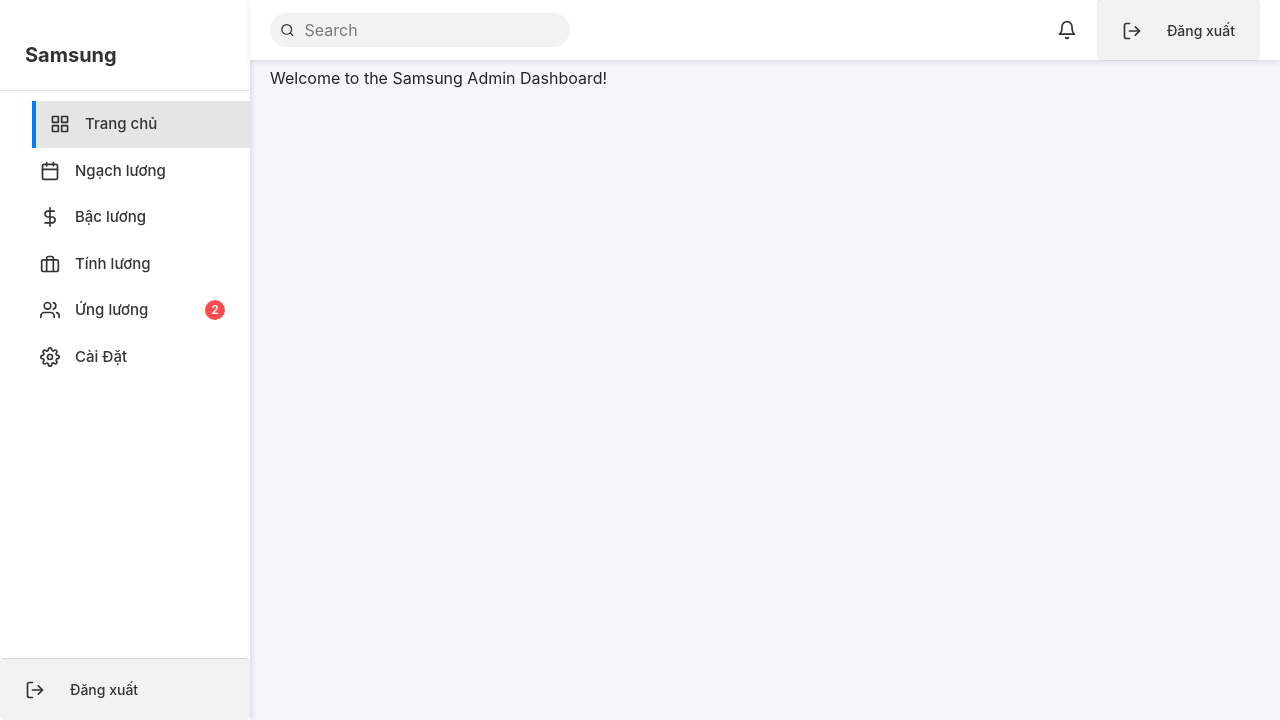
Repository: lenb2109136/HTTTQL
Page: /
The author's editor kept a copy of each file at every save. The page is drawn from the files as they stood at one save, then again after the next save.
The browser window is 1280 px wide. The pictures show the whole page.
The project was rebuilt for these pictures with package versions that can differ from the ones it lists, and the page was loaded fresh each time.

Above is the page before, as saved 2025-03-28 12:44:28.

After the next save:
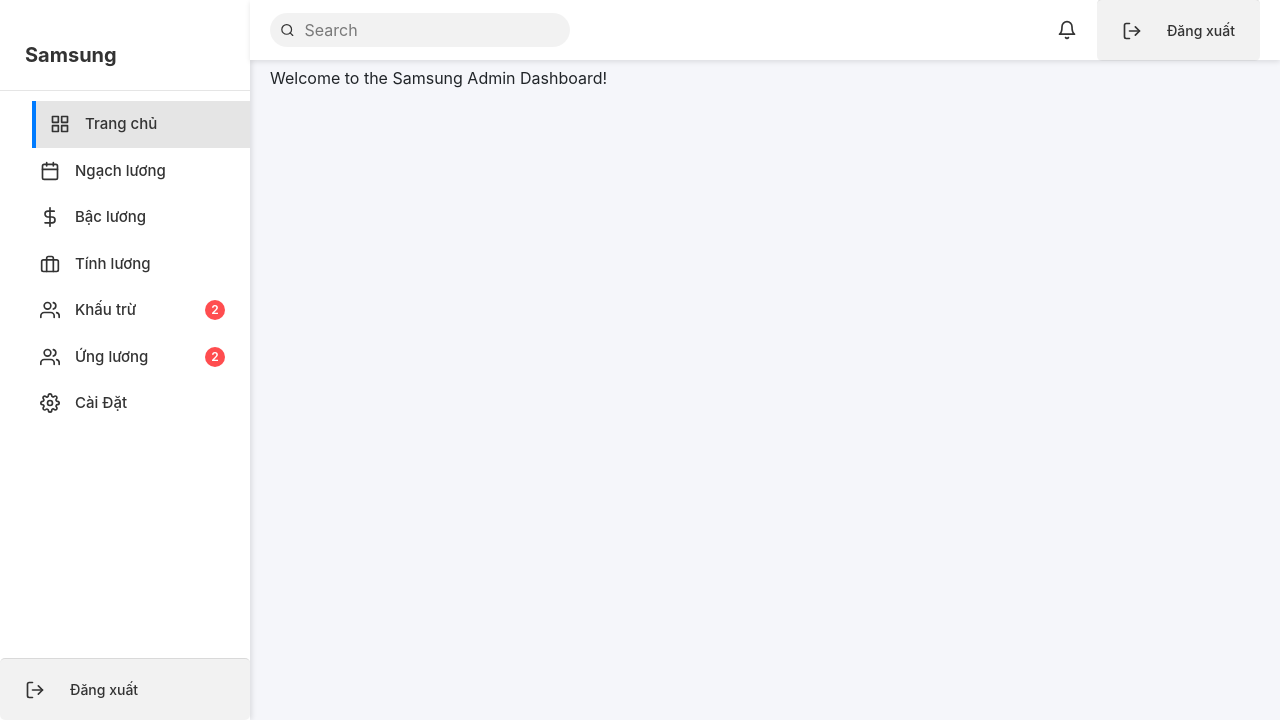
Saved 12 s later.
--- a/src/component/admin/SideBar.js
+++ b/src/component/admin/SideBar.js
@@ -51,6 +51,13 @@
         <li className={location.pathname === '/contacts' ? 'active' : ''}>
           <Link to="/contacts">
             <FiUsers className="menu-icon" />
+            <span>Khấu trừ</span>
+            <span className="badge">2</span>
+          </Link>
+        </li>
+        <li className={location.pathname === '/contacts' ? 'active' : ''}>
+          <Link to="/contacts">
+            <FiUsers className="menu-icon" />
             <span>Ứng lương</span>
             <span className="badge">2</span>
           </Link>
